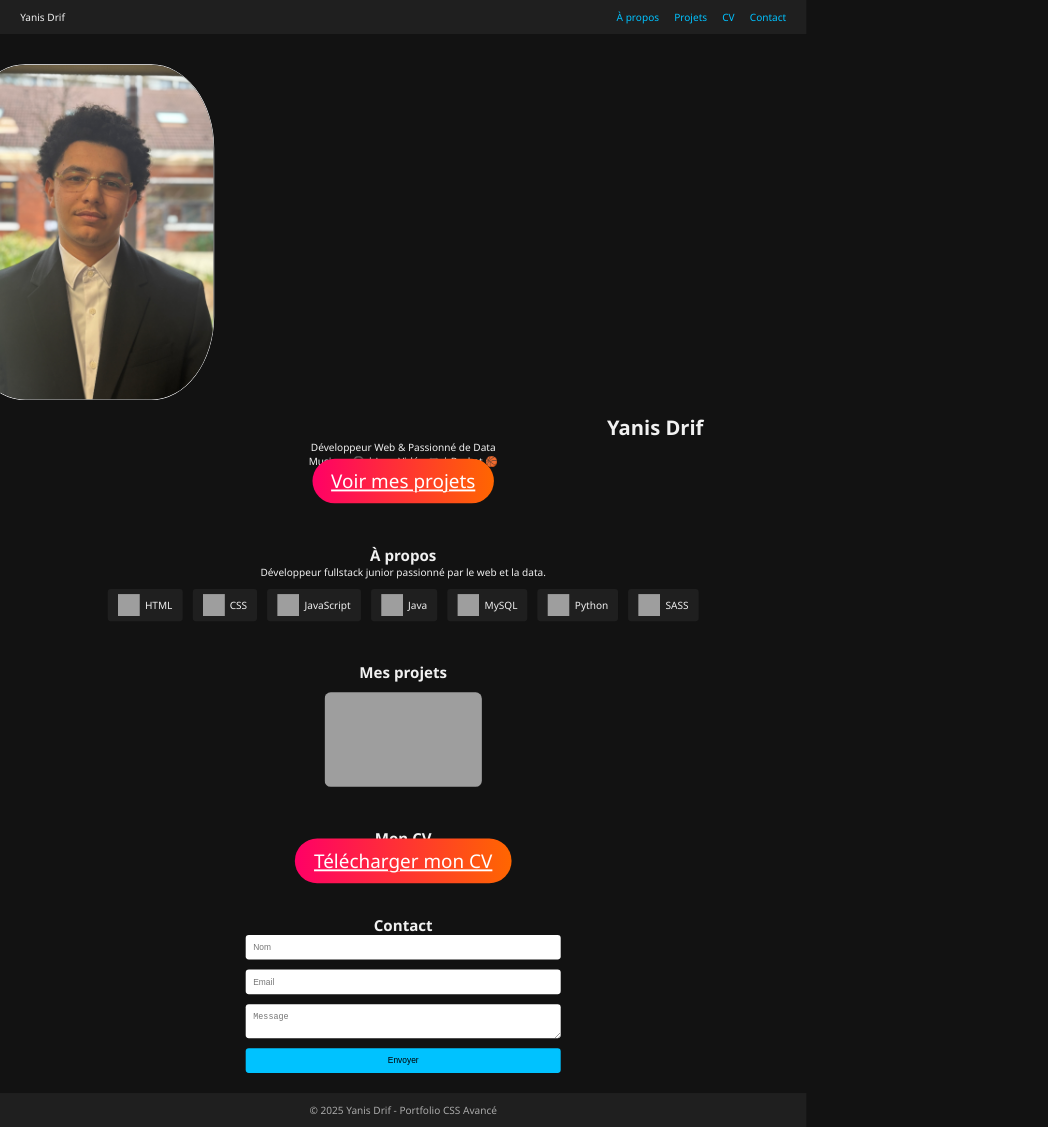
Repository: Yxniiss/ProjetCssAvance
Page: OneDrive/Bureau/Portfolio DrifYanis/home.html
The author's editor kept a copy of each file at every save. The page is drawn from the files as they stood at one save, then again after the next save.
The browser window is 1280 px wide. The page is 1664 px wide, so the pictures cover 1664 px, including what lies to the right of the window. The pictures show the whole page, at 63% of full size.
Pictures or frames that could not be fetched are drawn as grey boxes.

Above is the page before, as saved 2025-04-10 10:29:27.
Console error: TypeError: Cannot set properties of null (setting 'textContent')

### OneDrive/Bureau/Portfolio DrifYanis/home.html
<!DOCTYPE html>
<html lang="fr">
<head>
  <meta charset="UTF-8" />
  <meta name="viewport" content="width=device-width, initial-scale=1.0" />
  <title>Portfolio - Yanis Drif</title>
  <link rel="stylesheet" href="/style.css" />
  <script defer src="/script.js"></script>
</head>
<body>
  <nav class="navbar">
    <div class="logo">Yanis Drif</div>
    <ul class="nav-links">
      <li><a href="#apropos">À propos</a></li>
      <li><a href="#projets">Projets</a></li>
      <li><a href="#cv">CV</a></li>
      <li><a href="#contact">Contact</a></li>
    </ul>
  </nav>

  <header class="hero">
    <div class="hero__content">
      <img src="/image/IMG_0965 (2).jpeg" alt="Photo de profil" class="hero__image" />
      <h1 class="hero__name">Yanis Drif</h1>
      <p class="hero__tagline">Développeur <span>Web</span> & Passionné de Data</p>
      <p class="hero__desc">Musique 🎧 | Jeux Vidéo 🎮 | Basket 🏀</p>
      <a href="#projets" class="btn">Voir mes projets</a>
    </div>
  </header>

  <section id="apropos" class="section about">
    <h2>À propos</h2>
    <p>Développeur fullstack junior passionné par le web et la data.</p>
    <div class="skills">
      <div class="skill"><img src="https://devicon-website.vercel.app/api/html5/original-wordmark.svg" alt="HTML">HTML</div>
      <div class="skill"><img src="https://devicon-website.vercel.app/api/css3/original-wordmark.svg" alt="CSS">CSS</div>
      <div class="skill"><img src="https://devicon-website.vercel.app/api/javascript/original.svg" alt="JavaScript">JavaScript</div>
      <div class="skill"><img src="https://devicon-website.vercel.app/api/java/original-wordmark.svg" alt="Java">Java</div>
      <div class="skill"><img src="https://devicon-website.vercel.app/api/mysql/plain-wordmark.svg" alt="MySQL">MySQL</div>
      <div class="skill"><img src="https://devicon-website.vercel.app/api/python/original-wordmark.svg" alt="Python">Python</div>
      <div class="skill"><img src="https://devicon-website.vercel.app/api/sass/original.svg" alt="SASS">SASS</div>
    </div>
  </section>

  <section id="projets" class="section projets">
    <h2>Mes projets</h2>
    <div class="projects carousel">
      <img src="img/Capture d'écran 2025-04-09 23345.png" alt="Projet 1"/>
      <img src="/img/Capture d'écran 2025-04-09 12402 (1).png" alt="Projet 2" />
      <img src="/img/ChatGPT Image 9 avr. 2025, 23_49_51.png" alt="Projet 3" />
    </div>
  </section>

  <section id="cv" class="section cv">
    <h2>Mon CV</h2>
    <a href="/doc/CV Yanis (1) (1).pdf" download class="btn">Télécharger mon CV</a>
  </section>

  <section id="contact" class="section contact">
    <h2>Contact</h2>
    <form class="contact-form">
      <input type="text" placeholder="Nom" required />
      <input type="email" placeholder="Email" required />
      <textarea placeholder="Message" required></textarea>
      <button type="submit">Envoyer</button>
    </form>
  </section>

  <footer>
    <p>&copy; 2025 Yanis Drif - Portfolio CSS Avancé</p>
  </footer>
</body>
</html>

### OneDrive/Bureau/Portfolio DrifYanis/style.css
* {
    margin: 0;
    padding: 0;
    box-sizing: border-box;
  }

  body {
    font-family: "Segoe UI", sans-serif;
    background-color: #121212;
    color: #f1f1f1;
  }

  .navbar {
    display: flex;
    justify-content: space-between;
    padding: 1rem 2rem;
    background-color: #1f1f1f;
  }

  .nav-links {
    display: flex;
    list-style: none;
    gap: 1.5rem;
  }

  .nav-links a {
    color: #00c2ff;
    text-decoration: none;
  }

  .hero {
    padding: 3rem 1rem;
    text-align: center;

  }

  .hero__name{
    position: relative;
    left: 400px;

  }

  .hero__image {
    border-radius: 25%;
    width: 400px;
    border: 1px solid #ffffff;
    margin-bottom: 1rem;
    position: relative;
    right:500px ;
  }

  .section {
    padding: 2rem 1rem;
    text-align: center;
  }

  .projects {
    display: flex;
    justify-content: center;
    gap: 1rem;
    flex-wrap: wrap;
    margin-top: 1rem;
  }

  .projects img {
    width: 250px;
    height: 150px;
    -o-object-fit: cover;
       object-fit: cover;
    border-radius: 10px;
  }

  .skills {
    display: flex;
    flex-wrap: wrap;
    gap: 1rem;
    justify-content: center;
    margin-top: 1rem;
  }

  .skill {
    display: flex;
    align-items: center;
    gap: 0.5rem;
    background-color: #1f1f1f;
    padding: 0.5rem 1rem;
    border-radius: 5px;
  }

  .skill img {
    width: 35px;
    height: 35px;
  }

  footer {
    padding: 1rem;
    text-align: center;
    background-color: #1f1f1f;
    color: #aaa;
  }

  .btn {
    padding: 15px 30px;
    font-size: 30px;
    color:white;
    background: linear-gradient(90deg, #ff0066, #ff6600);
    border:none;
    border-radius: 50px;
    cursor: pointer;
    box-shadow: 0 4px 15px rgba(255,0,102,0);
    transition: box-shadow 0.3s ease, transform 0.3s ease;
  }

  .btn:hover{
    box-shadow: 0 10px 20px rgba(255,0,102,0.5);
    transform: translateY(-3px);
  }

  .contact-form {
    max-width: 500px;
    margin: auto;
    display: flex;
    flex-direction: column;
    gap: 1rem;
  }

  .contact-form input,
  .contact-form textarea {
    padding: 0.75rem;
    border: none;
    border-radius: 5px;
  }

  .contact-form button {
    background-color: #00c2ff;
    color: #000;
    padding: 0.75rem;
    border: none;
    border-radius: 5px;
    cursor: pointer;
  }

  .start h1{
    text-align: left;
    margin-top: 100px;
    font-size: 35px;
    margin-left: 100px;
  }

  .start h2{
    text-align: left;
    margin-top: 1px;
    font-size: 70px;
    margin-left: 100px;
  }

  .start h3{
    text-align: left;
    margin-top: 1px;
    font-size: 35px;
    margin-left: 100px;
  }

  #mot {
    color:#00c2ff;
  }

  #cursor{
    display: inline-block;
    width: 10px;
    background-color:black;
    animation: blink 0.8s step-end infinite;
  }

  @keyframes blink{
    50% {
      opacity: 0;
    }
  }

  @keyframes typing{
    from{
      width: 0;
    }
    to{
      width: 100%;
    }
  }

  #main{
    opacity: 0;
    transform: translateY(0);
    transition: opacity 5s ease, transform 5s ease;
  }

  body.loaded #main{
    opacity: 1;
    transform: translateY(0);
  }


  .start p{
    text-align: left;
    margin-left: 100px;
    margin-top: 20px;
    font-size: 20px;
  }

  .ntwrks {
    position: absolute;
    top: 410px;
    left: 110px;
    display: flex;
    flex-wrap: wrap;
    gap: 1rem;
  }

  .ntwrk {
    display: flex;
    align-items: center;
    gap: 0.5rem;
    background-color: #1f1f1f;
    padding: 1rem 1rem;
    border-radius: 100px;
    transition: 0.3s ease, opacity 0.3s ease;
  }

  .ntwrk:hover{
    transform: scale(1.2);
    opacity: 0.8;
  }

  .ntwrk img {
    width: 30px;
    height: 30px;
  }

  .modern-button{
    background-color:#00c2ff;
    font-size: 16px;
    font-weight: bold;
    border:none;
    padding: 15px 30px;
    border-radius: 25px;
    cursor: pointer;
    outline: none;
    position: relative;
    right:550px;
    top:120px;
    animation:glow 1.5s infinite alternate;
    transition: 0.3s ease, opacity 0.3s ease;
  }

  .modern-button a{
    color:white;
    text-decoration: none;
  }

  .modern-button:hover{
    transform: scale(1.2);
    opacity: 1;
  }

  @keyframes glow{
    0%{
      box-shadow: 0 0 10px 5px rgba(0, 194, 255, 0.6), 0 0 20px 10px rgba(0, 194, 255, 0.4);
    }
    100%{
      box-shadow: 0 0 20px 10px rgba(0, 194, 255, 1), 0 0 30px 15px rgba(0, 194, 255, 0.8);
    }
  }

  .image{
    max-width: 30%;
    position: relative;
    bottom: 350px;
    left: 350px;
  }

### OneDrive/Bureau/Portfolio DrifYanis/script.js

document.addEventListener('DOMContentLoaded', () => {
    // Scroll fluide
    document.querySelectorAll('a[href^="#"]').forEach(anchor => {
      anchor.addEventListener('click', function (e) {
        e.preventDefault();
        const target = document.querySelector(this.getAttribute('href'));
        if (target) {
          target.scrollIntoView({ behavior: 'smooth' });
        }
      });
    });

    // Carrousel automatique
    const images = document.querySelectorAll('.carousel img');
    let currentIndex = 0;

    function showSlide(index) {
      images.forEach((img, i) => {
        img.style.display = i === index ? 'block' : 'none';
      });
    }

    function nextSlide() {
      currentIndex = (currentIndex + 1) % images.length;
      showSlide(currentIndex);
    }

    if (images.length > 0) {
      showSlide(currentIndex);
      setInterval(nextSlide, 3000); // change every 3 seconds
    }
  });

  const mot = ["Etudiant", "Developpeur web", "Pasionné de code","Developpeur fullstack"];
  let index = 0;
  const element = document.getElementById("mot");
  const cursor = document.getElementById("cursor");

  let typingInterval;
  let currentWord = "";
  let currentCharIndex = 0;

  function  commencerTypingAnimation(){
    currentWord=mot[index];
    currentCharIndex = 0;
    element.textContent = '';

    typingInterval = setInterval(() =>{
      element.textContent += currentWord.charAt(currentCharIndex);
      currentCharIndex++;

      if(currentCharIndex === currentWord.length){
        clearInterval(typingInterval);
        setTimeout(changerMot,1000);
      }
    },150);
  }

  function changerMot(){
    element.textContent=mot[index];
    index++;
    if(index===mot.length){
      index=0;
    }
    commencerTypingAnimation();
  }
  commencerTypingAnimation();

  window.addEventListener('load', function () {
    document.body.classList.add('loaded');
  });

After the next save:
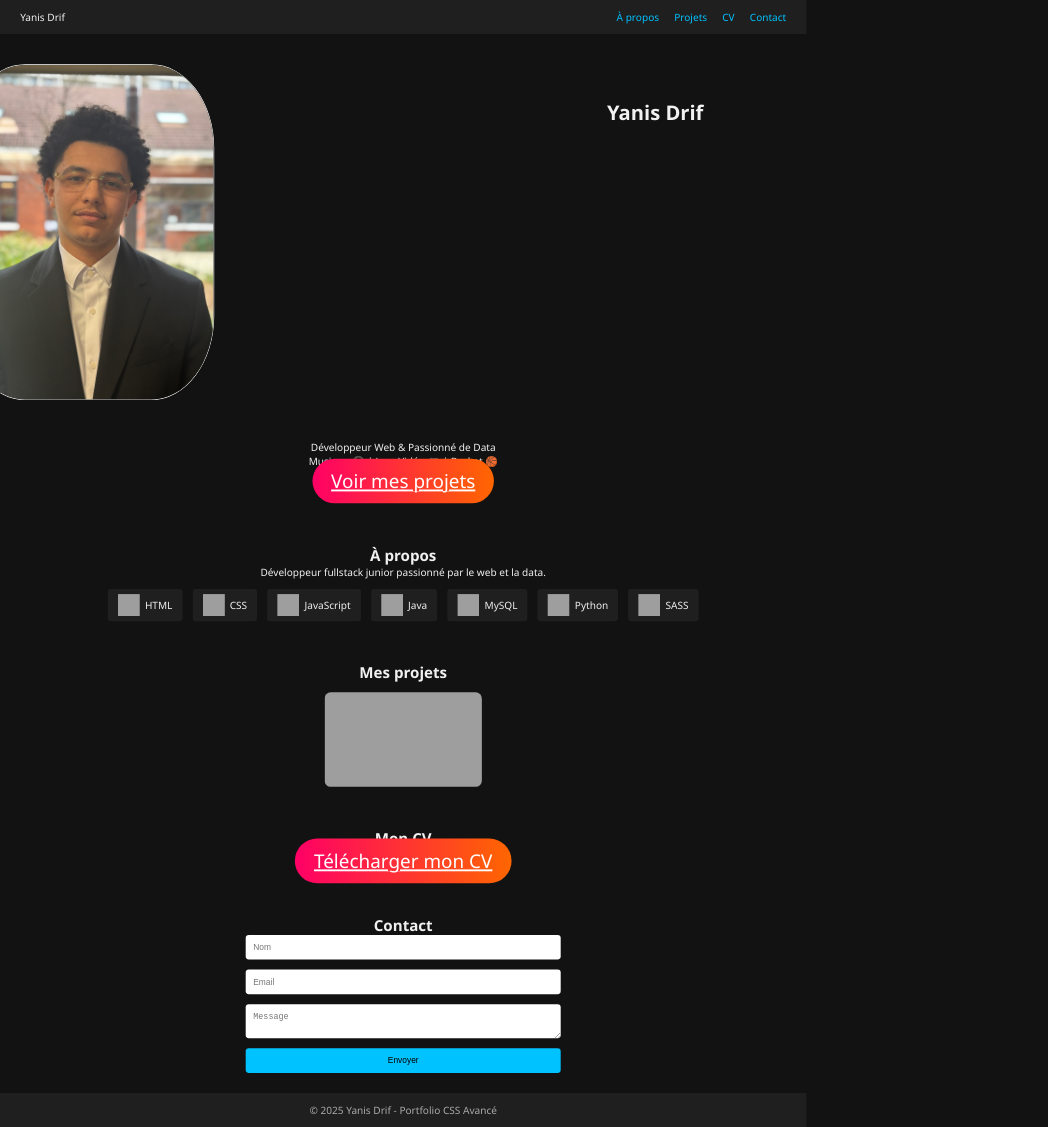
Saved 8 s later.
--- a/OneDrive/Bureau/Portfolio DrifYanis/style.css
+++ b/OneDrive/Bureau/Portfolio DrifYanis/style.css
@@ -37,6 +37,7 @@
   .hero__name{
     position: relative;
     left: 400px;
+    bottom:500px;
 
   }
 
